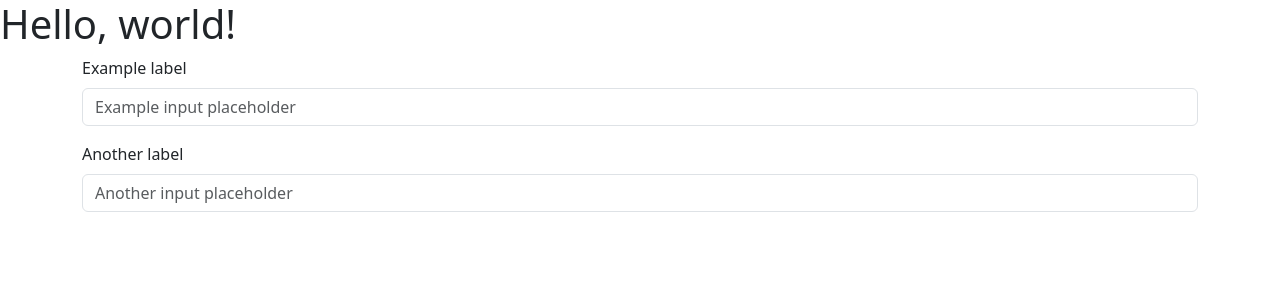
Repository: Senyadt2/Projects-On-Java
Page: HTTP-Servlet-request-response/src/main/webapp/index.html
The author's editor kept a copy of each file at every save. The page is drawn from the files as they stood at one save, then again after the next save.
The browser window is 1280 px wide. The pictures show the whole page.

Above is the page before, as saved 2024-03-24 04:17:19.

### HTTP-Servlet-request-response/src/main/webapp/index.html
<!doctype html>
<html lang="en">
<head>
<meta charset="utf-8">
<meta name="viewport" content="width=device-width, initial-scale=1">
<title>Bootstrap demo</title>
<link
	href="https://cdn.jsdelivr.net/npm/bootstrap@5.3.3/dist/css/bootstrap.min.css"
	rel="stylesheet"
	integrity="sha384-QWTKZyjpPEjISv5WaRU9OFeRpok6YctnYmDr5pNlyT2bRjXh0JMhjY6hW+ALEwIH"
	crossorigin="anonymous">
</head>
<body>
	<h1>Hello, world!</h1>
	<div class="container">
		<div class="mb-3">
			<label for="formGroupExampleInput" class="form-label">Example
				label</label> <input type="text" class="form-control"
				id="formGroupExampleInput" placeholder="Example input placeholder">
		</div>
		<div class="mb-3">
			<label for="formGroupExampleInput2" class="form-label">Another
				label</label> <input type="text" class="form-control"
				id="formGroupExampleInput2" placeholder="Another input placeholder">
		</div>
	</div>
	<script
		src="https://cdn.jsdelivr.net/npm/bootstrap@5.3.3/dist/js/bootstrap.bundle.min.js"
		integrity="sha384-YvpcrYf0tY3lHB60NNkmXc5s9fDVZLESaAA55NDzOxhy9GkcIdslK1eN7N6jIeHz"
		crossorigin="anonymous"></script>
</body>
</html>

After the next save:
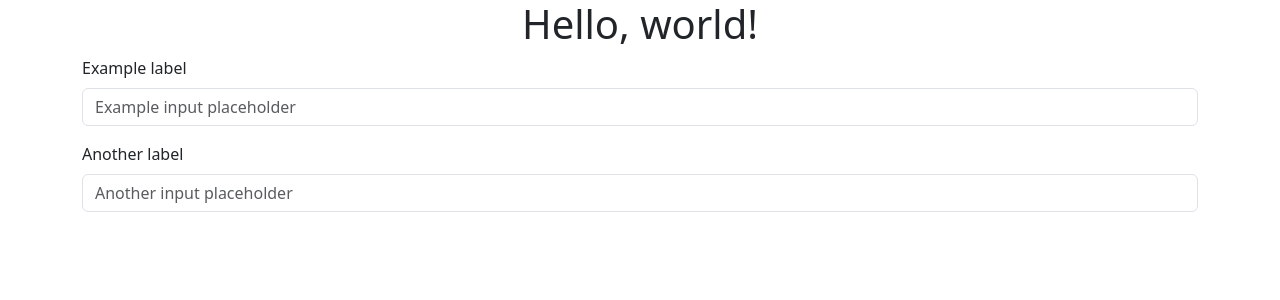
Saved 23 s later.
--- a/HTTP-Servlet-request-response/src/main/webapp/index.html
+++ b/HTTP-Servlet-request-response/src/main/webapp/index.html
@@ -11,7 +11,7 @@
 	crossorigin="anonymous">
 </head>
 <body>
-	<h1>Hello, world!</h1>
+	<h1 style="text-align:center">Hello, world!</h1>
 	<div class="container">
 		<div class="mb-3">
 			<label for="formGroupExampleInput" class="form-label">Example
